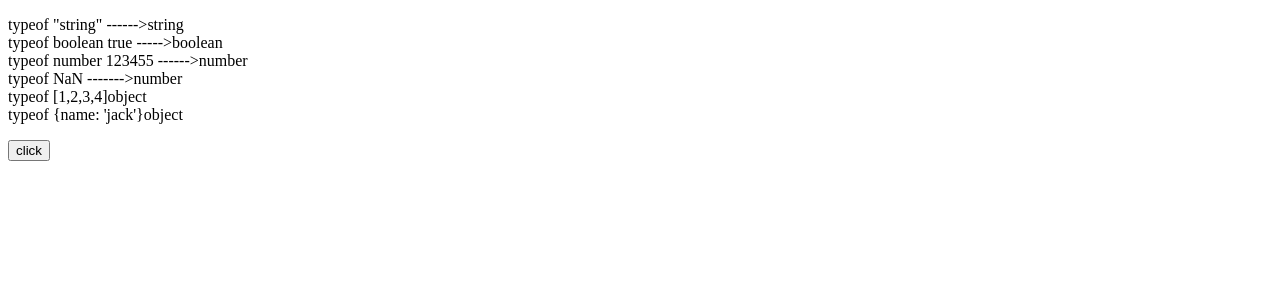
Repository: SlimShadyBaby/study-vue
Page: code/003-JavaScript/1-数据类型/structure.html
An editor plug-in stored every save of this project. The page is shown before and after the next save, followed by the edit.
The browser window is 1280 px wide. The pictures show the whole page.
After loading, the first visible `input` was clicked once.

Above is the page before, as saved 2021-09-07 20:41:13.

After the next save:
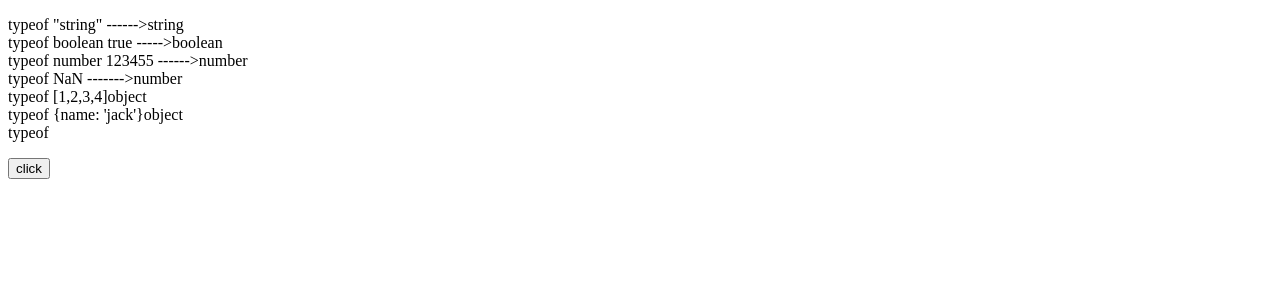
Saved 13 min 20 s later.
--- a/code/003-JavaScript/1-数据类型/structure.html
+++ b/code/003-JavaScript/1-数据类型/structure.html
@@ -14,7 +14,7 @@
             "typeof NaN ------->" + typeof NaN + "<br>" +
             "typeof [1,2,3,4]" + typeof [1,2,3,4] + "<br>" +
             "typeof {name: 'jack'}" + typeof {name: "jack"} + "<br>" +
-            ""
+            "typeof "
         }
 
     </script>
